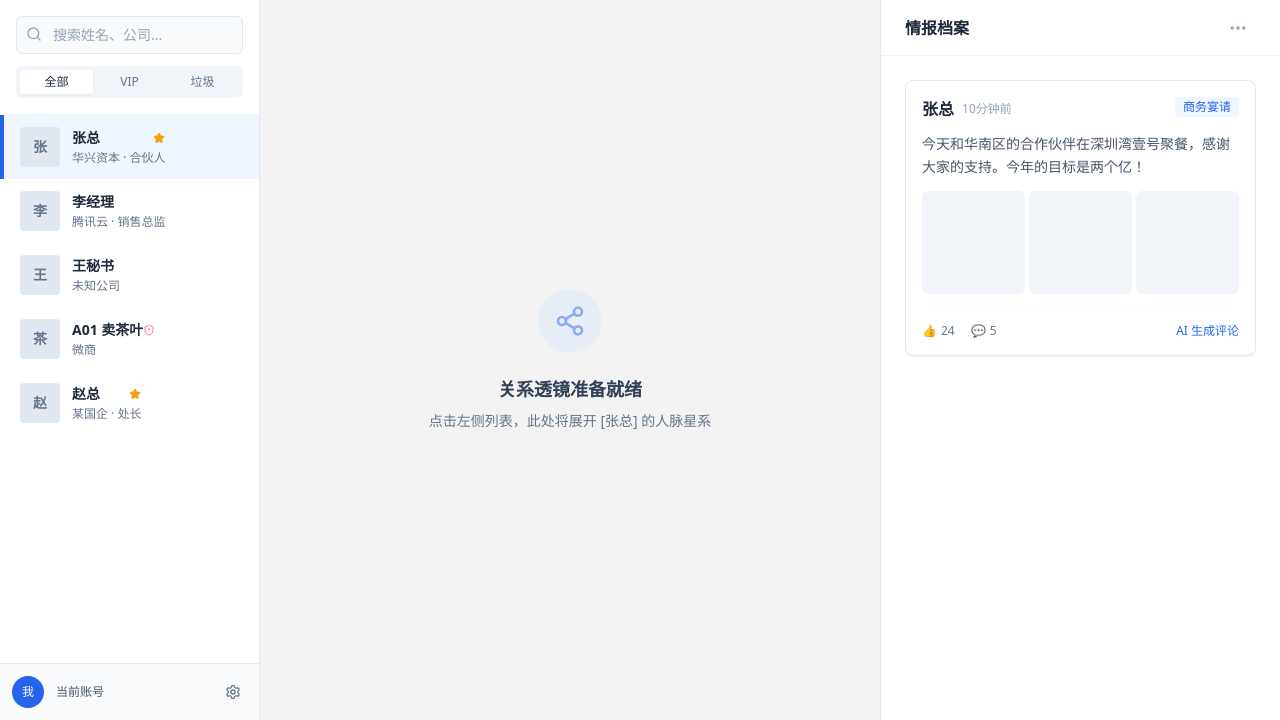
Repository: j76m8bhfny-a11y/wechatGalaxy
Page: / (app in client-radar/)
These files come from the project's save history. The page is drawn as it stood at one moment and after the next save; the edit follows.
The browser window is 1280 px wide. The pictures show the whole page.
The project was rebuilt for these pictures with package versions that can differ from the ones it lists, and the page was loaded fresh each time. Also part of the build but not shown: client-radar/vite.config.ts.

Above is the page before, as saved 2025-12-18 18:16:24.

After the next save:
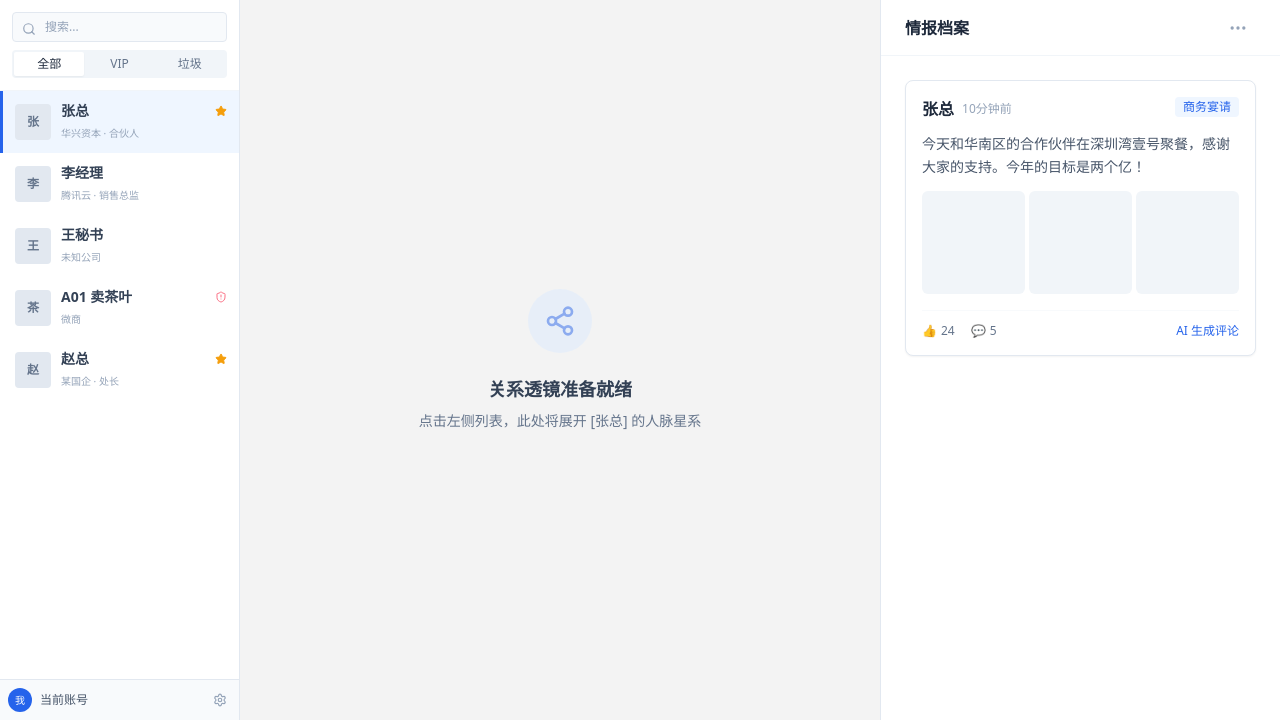
Saved 3 min 36 s later.
--- a/client-radar/src/components/Sidebar.vue
+++ b/client-radar/src/components/Sidebar.vue
@@ -1,6 +1,6 @@
 <script setup lang="ts">
-import { ref } from 'vue';
-import { Search, Settings, User, Star, ShieldAlert, LogOut } from 'lucide-vue-next';
+import { ref, computed } from 'vue';
+import { Search, Settings, Star, ShieldAlert } from 'lucide-vue-next';
 
 // 模拟数据：通讯录列表
 const contacts = ref([
@@ -11,33 +11,30 @@ const contacts = ref([
   { id: '5', name: '赵总', title: '某国企 · 处长', avatar: '赵', isVip: true, isSpam: false },
 ]);
 
-const currentFilter = ref('all'); // all | vip | spam
-const selectedId = ref('1');      // 当前选中的人
+const currentFilter = ref('all');
+const selectedId = ref('1');
 
-// 简单的过滤逻辑
 const filteredContacts = computed(() => {
   if (currentFilter.value === 'vip') return contacts.value.filter(c => c.isVip);
   if (currentFilter.value === 'spam') return contacts.value.filter(c => c.isSpam);
   return contacts.value;
 });
-
-import { computed } from 'vue';
 </script>
 
 <template>
-  <div class="flex flex-col h-full bg-white border-r border-slate-200 w-[260px] select-none">
+  <div class="flex flex-col h-full bg-white border-r border-slate-200 w-[240px] select-none text-sm">
 
-    <div class="p-4 border-b border-slate-100 space-y-3">
+    <div class="p-3 border-b border-slate-100 space-y-2">
       <div class="relative">
-        <Search class="absolute left-2.5 top-2.5 h-4 w-4 text-slate-400" />
+        <Search class="absolute left-2.5 top-2.5 h-3.5 w-3.5 text-slate-400" />
         <input
           type="text"
-          placeholder="搜索姓名、公司..."
-          class="w-full pl-9 pr-4 py-2 bg-slate-50 border border-slate-200 rounded-md text-sm focus:outline-none focus:ring-1 focus:ring-blue-500 focus:bg-white transition-all placeholder:text-slate-400"
+          placeholder="搜索..."
+          class="w-full pl-8 pr-3 py-1.5 bg-slate-50 border border-slate-200 rounded text-xs focus:outline-none focus:ring-1 focus:ring-blue-500 transition-all placeholder:text-slate-400"
         />
       </div>
 
-      <div class="flex p-1 bg-slate-100 rounded-md">
+      <div class="flex p-0.5 bg-slate-100 rounded">
         <button
           @click="currentFilter = 'all'"
           :class="['flex-1 py-1 text-xs font-medium rounded-sm transition-all', currentFilter === 'all' ? 'bg-white text-slate-800 shadow-sm' : 'text-slate-500 hover:text-slate-700']"
@@ -64,42 +61,41 @@ import { computed } from 'vue';
         v-for="contact in filteredContacts"
         :key="contact.id"
         @click="selectedId = contact.id"
-        :class="['flex items-center px-4 py-3 cursor-pointer border-l-4 transition-colors',
+        :class="['flex items-center px-3 py-2.5 cursor-pointer border-l-[3px] transition-colors',
           selectedId === contact.id ? 'bg-blue-50 border-blue-600' : 'border-transparent hover:bg-slate-50']"
       >
-        <div class="h-10 w-10 rounded bg-slate-200 flex items-center justify-center text-slate-500 font-bold text-sm shrink-0">
+        <div class="h-9 w-9 rounded bg-slate-200 flex items-center justify-center text-slate-500 font-bold text-xs shrink-0">
           {{ contact.avatar }}
         </div>
 
-        <div class="ml-3 overflow-hidden">
+        <div class="ml-2.5 overflow-hidden flex-1">
           <div class="flex items-center justify-between">
-            <span class="text-sm font-bold text-slate-800 truncate">{{ contact.name }}</span>
+            <span class="text-sm font-bold text-slate-700 truncate">{{ contact.name }}</span>
             <Star v-if="contact.isVip" class="h-3 w-3 text-amber-500 fill-amber-500" />
             <ShieldAlert v-else-if="contact.isSpam" class="h-3 w-3 text-rose-400" />
           </div>
-          <div class="text-xs text-slate-500 truncate mt-0.5">{{ contact.title }}</div>
+          <div class="text-[10px] text-slate-400 truncate mt-0.5">{{ contact.title }}</div>
         </div>
       </div>
     </div>
 
-    <div class="p-3 border-t border-slate-200 bg-slate-50 flex items-center justify-between">
-      <div class="flex items-center space-x-3">
-        <div class="h-8 w-8 rounded-full bg-blue-600 flex items-center justify-center text-white text-xs">
+    <div class="p-2 border-t border-slate-200 bg-slate-50 flex items-center justify-between">
+      <div class="flex items-center space-x-2">
+        <div class="h-6 w-6 rounded-full bg-blue-600 flex items-center justify-center text-white text-[10px]">
           我
         </div>
         <div class="text-xs text-slate-600 font-medium">当前账号</div>
       </div>
-      <button class="p-1.5 hover:bg-slate-200 rounded text-slate-500">
-        <Settings class="h-4 w-4" />
+      <button class="p-1 hover:bg-slate-200 rounded text-slate-400">
+        <Settings class="h-3.5 w-3.5" />
       </button>
     </div>
   </div>
 </template>
 
 <style scoped>
-/* 自定义极细滚动条，更像 Windows 原生 */
 .scrollbar-thin::-webkit-scrollbar {
-  width: 4px;
+  width: 3px;
 }
 .scrollbar-thin::-webkit-scrollbar-thumb {
   background-color: #cbd5e1;
